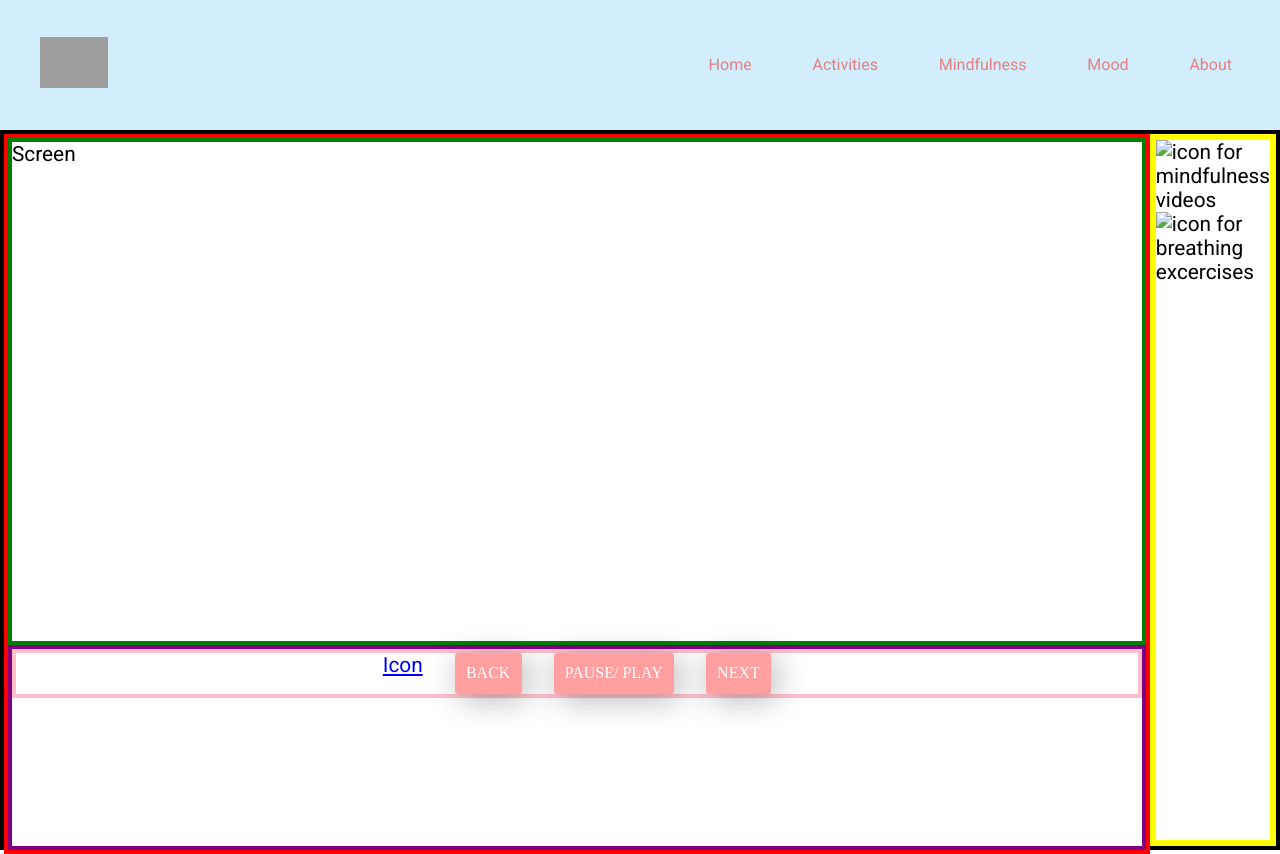
Repository: Nafisa-Huda/HealthierMind
Page: public/mindfulness.html
The author's editor kept a copy of each file at every save. The page is drawn from the files as they stood at one save, then again after the next save.
The browser window is 1280 px wide. The pictures show the whole page.
Pictures or frames that could not be fetched are drawn as grey boxes. Some web fonts or font styles are not loaded; a fallback is used.

Above is the page before, as saved 2022-07-16 13:40:01.

After the next save:
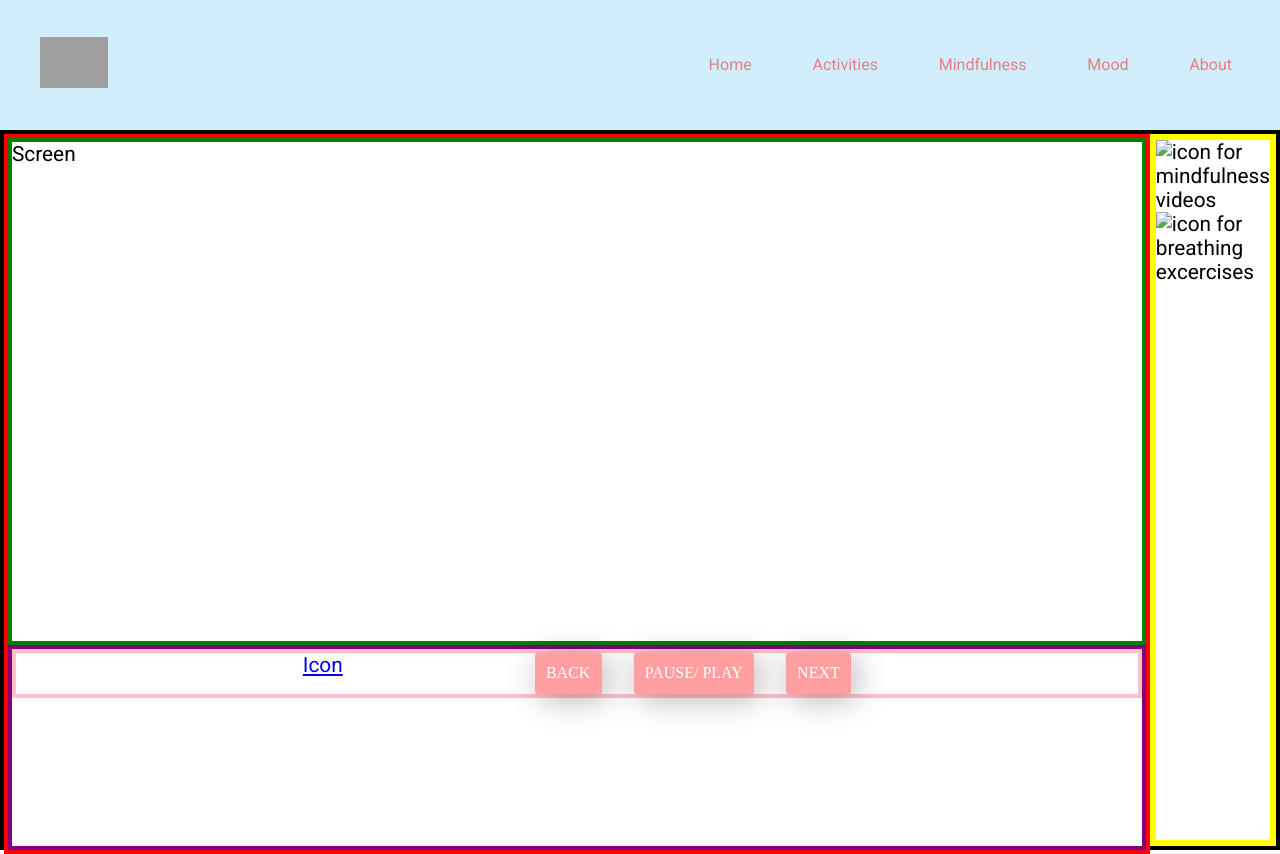
Saved 4 s later.
--- a/public/css/mindfulness.css
+++ b/public/css/mindfulness.css
@@ -164,7 +164,7 @@
   gap: 2rem;
 }
 .control__panel a{
-  padding-right:
+  padding-right: 10rem;
 }
 .back,
 .next,

After the save that followed:
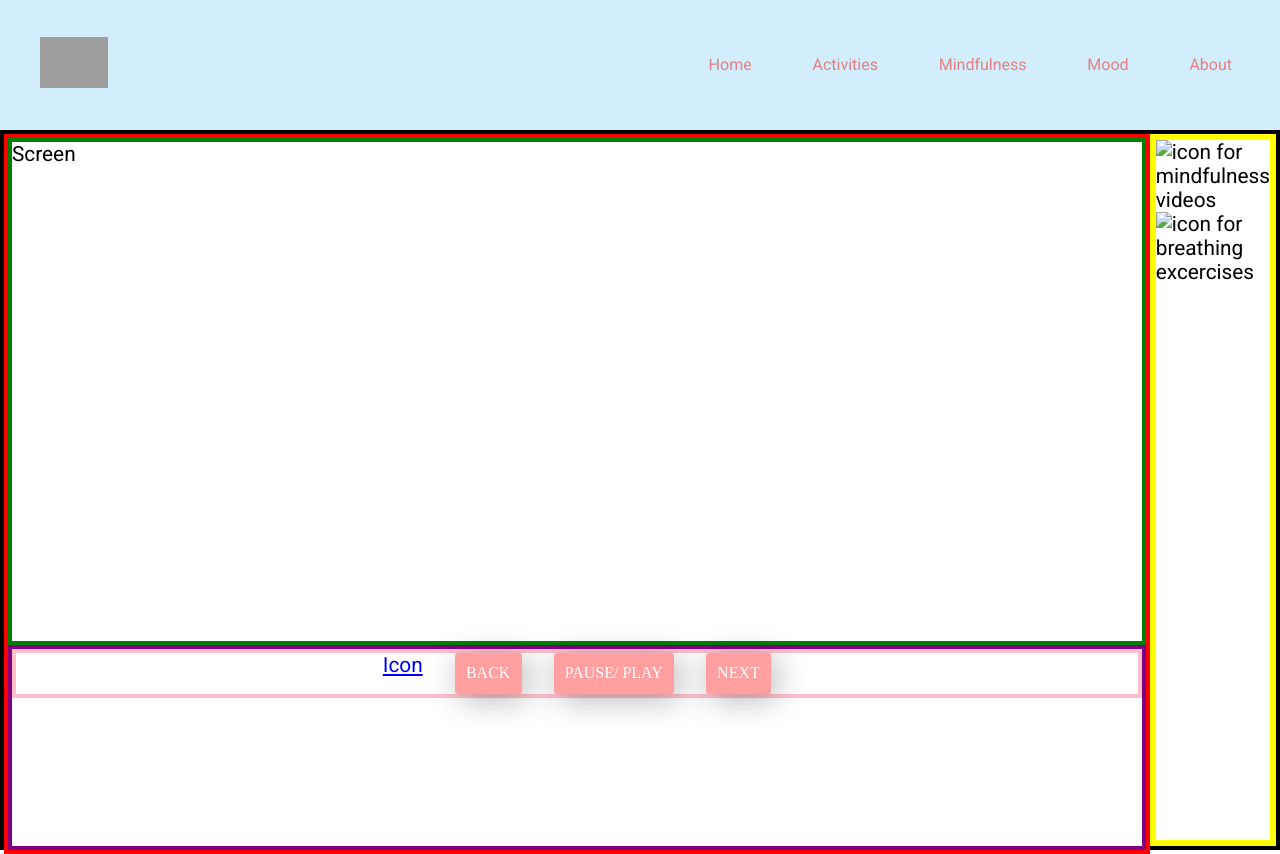
Saved 6 s later.
--- a/public/css/mindfulness.css
+++ b/public/css/mindfulness.css
@@ -163,9 +163,6 @@
   justify-content: center;
   gap: 2rem;
 }
-.control__panel a{
-  padding-right: 10rem;
-}
 .back,
 .next,
 .pauplay{
